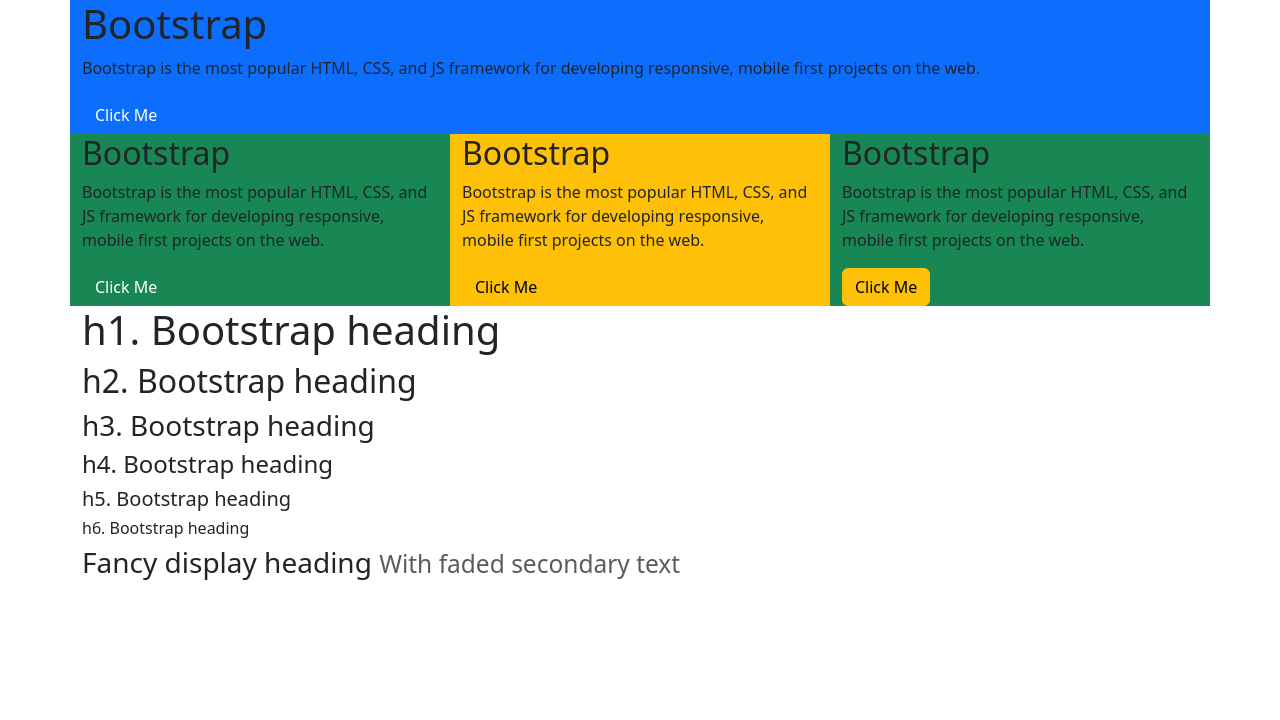
Repository: arunyerram/Web-TEChnologies
Page: b.html
An editor plug-in stored every save of this project. The page is shown before and after a run of saves, followed by the edit.
The browser window is 1280 px wide. The pictures show the whole page.

Above is the page before, as saved 2025-02-20 12:13:51.

After the next 3 saves:
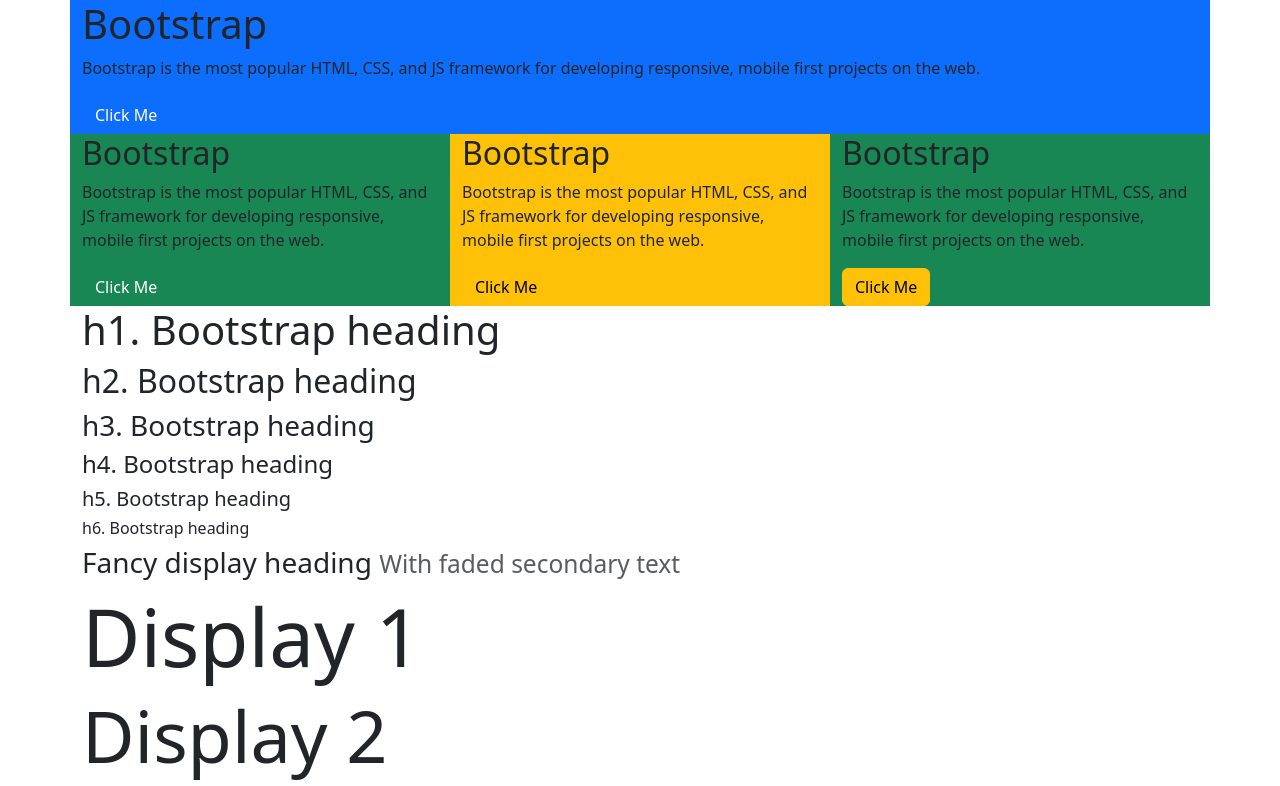
The 3 saves are shown as one change because they came seconds apart.
The last was saved 8 s later.
--- a/b.html
+++ b/b.html
@@ -49,6 +49,8 @@
             <small class="text-body-secondary">With faded secondary text</small>
         </h3>
 
-        <h1 class=""
+        <h1 class="display-1">Display 1</h1>
+        <h1 class="display-2">Display 2</h1>
+        <h
 </body>
 </html>
